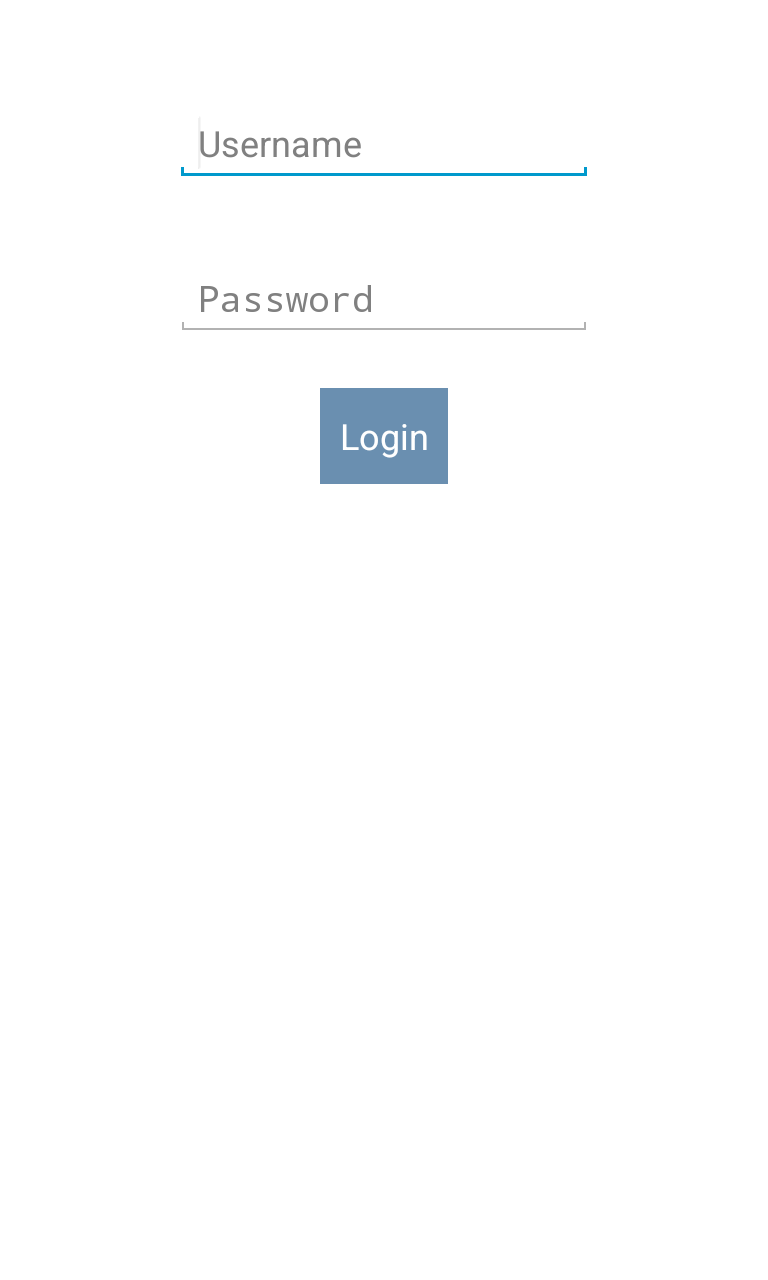
Repository: alakinfotech/YDP
Layout: Android/YDP/res/layout/ydpcareplan.xml
The author's editor kept a copy of each file at every save. The layout is drawn from the files as they stood at one save, then again after the next save.
It is drawn on a 768 x 1280 px phone screen (xhdpi) without system bars, with theme AppTheme; the app's code is not run.

Above is the layout before, as saved 2012-12-27 01:40:42.

### Android/YDP/res/layout/ydpcareplan.xml
<?xml version="1.0" encoding="utf-8"?>
<RelativeLayout xmlns:android="http://schemas.android.com/apk/res/android"
    android:layout_width="match_parent"
    android:layout_height="match_parent" >

    <EditText
        android:id="@+id/username"
        android:layout_width="wrap_content"
        android:layout_height="wrap_content"
        android:layout_alignParentTop="true"
        android:layout_centerHorizontal="true"
        android:layout_marginTop="52dp"
        android:ems="10"
        android:hint="Username"
        android:inputType="textPersonName" >

        <requestFocus />
    </EditText>

    <EditText
        android:id="@+id/password"
        android:layout_width="wrap_content"
        android:layout_height="wrap_content"
        android:layout_alignLeft="@+id/username"
        android:layout_below="@+id/username"
        android:layout_marginTop="38dp"
        android:ems="10"
        android:hint="Password"
        android:inputType="textPassword" />

    <Button
        android:id="@+id/login"
        android:layout_width="wrap_content"
        android:layout_height="wrap_content"
        android:layout_below="@+id/password"
        android:layout_centerHorizontal="true"
        android:layout_marginTop="25dp"
        android:background="#6A8FB0"
        android:hint="login"
        android:text="Login"
        android:textColor="#ffffff" />

</RelativeLayout>

Loaded but not shown: Android/YDP/res/values/styles.xml (common file); Android/YDP/res/values-v11/styles.xml (common file); Android/YDP/res/values-v14/styles.xml (common file)

After the next save:
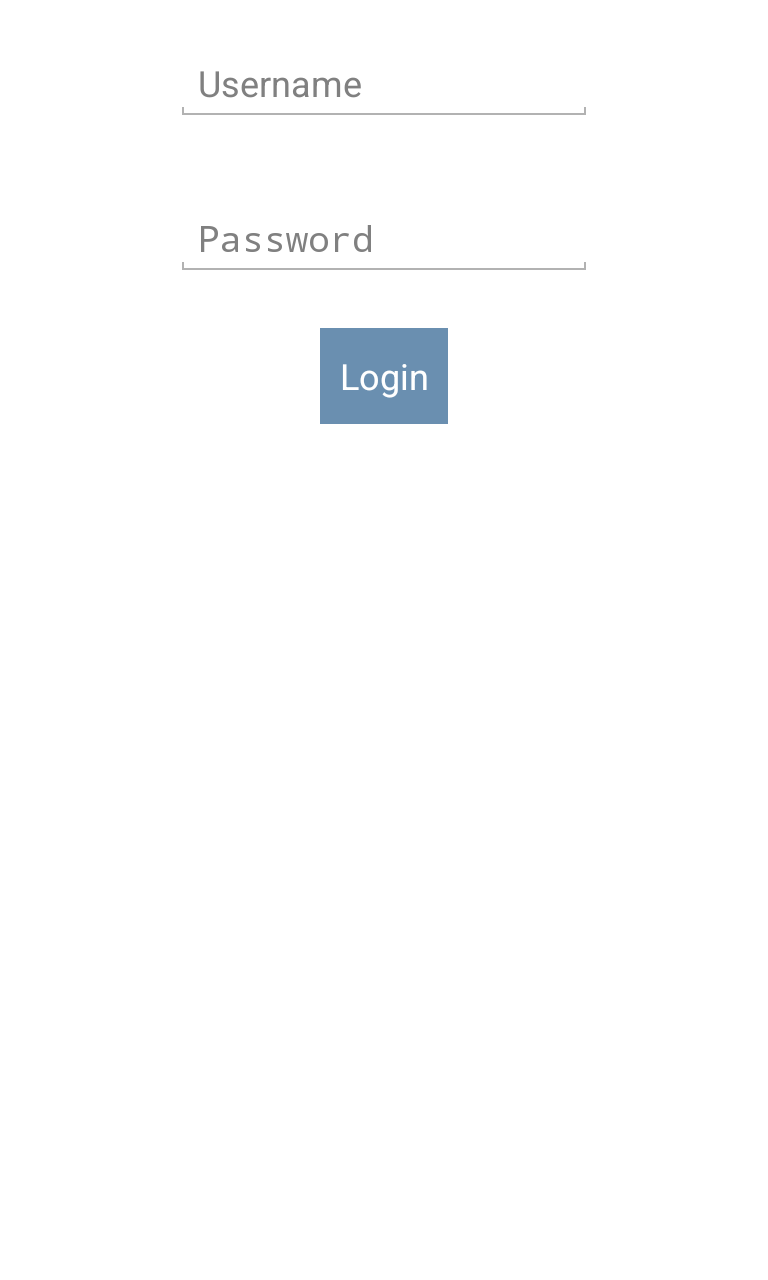
Saved 52 s later.
--- a/Android/YDP/res/layout/ydpcareplan.xml
+++ b/Android/YDP/res/layout/ydpcareplan.xml
@@ -2,20 +2,6 @@
 <RelativeLayout xmlns:android="http://schemas.android.com/apk/res/android"
     android:layout_width="match_parent"
     android:layout_height="match_parent" >
-
-    <EditText
-        android:id="@+id/username"
-        android:layout_width="wrap_content"
-        android:layout_height="wrap_content"
-        android:layout_alignParentTop="true"
-        android:layout_centerHorizontal="true"
-        android:layout_marginTop="52dp"
-        android:ems="10"
-        android:hint="Username"
-        android:inputType="textPersonName" >
-
-        <requestFocus />
-    </EditText>
 
     <EditText
         android:id="@+id/password"
@@ -40,4 +26,15 @@
         android:text="Login"
         android:textColor="#ffffff" />
 
+    <EditText
+        android:id="@+id/username"
+        android:layout_width="wrap_content"
+        android:layout_height="wrap_content"
+        android:layout_alignParentTop="true"
+        android:layout_centerHorizontal="true"
+        android:layout_marginTop="22dp"
+        android:ems="10"
+        android:hint="Username"
+        android:inputType="textPersonName" />
+
 </RelativeLayout>
